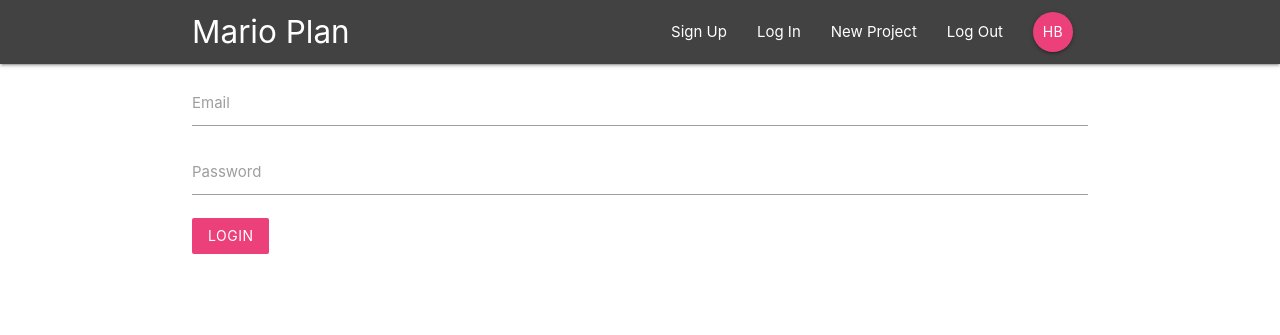
Repository: habiburrehman012/React-marioplan
Page: /singin
These files come from the project's save history. The page is drawn as it stood at one moment and after the next save; the edit follows.
The browser window is 1280 px wide. The pictures show the whole page.
The project was rebuilt for these pictures with package versions that can differ from the ones it lists, and the page was loaded fresh each time. Also part of the build but not shown: src/components/dashboard/Notifications.js, src/components/projects/ProjectList.js, src/components/dashboard/Dashboard.js, src/components/projects/ProjectDetail.js.

Above is the page before, as saved 2020-03-28 12:22:02.

### public/index.html
<!DOCTYPE html>
<html lang="en">
  <head>
    <meta charset="utf-8" />
    <link rel="icon" href="%PUBLIC_URL%/favicon.ico" />
    <meta name="viewport" content="width=device-width, initial-scale=1" />
    <meta name="theme-color" content="#000000" />
    <meta
      name="description"
      content="Web site created using create-react-app"
    />
    <link rel="apple-touch-icon" href="%PUBLIC_URL%/logo192.png" />
    <!--
      manifest.json provides metadata used when your web app is installed on a
      user's mobile device or desktop. See https://developers.google.com/web/fundamentals/web-app-manifest/
    -->
    <link rel="manifest" href="%PUBLIC_URL%/manifest.json" />
    <!--Import Google Icon Font-->
    <link href="https://fonts.googleapis.com/icon?family=Material+Icons" rel="stylesheet">
    <!--Import materialize.css-->
    <!-- Compiled and minified CSS -->
    <link rel="stylesheet" href="https://cdnjs.cloudflare.com/ajax/libs/materialize/1.0.0/css/materialize.min.css">
    <!--
      Notice the use of %PUBLIC_URL% in the tags above.
      It will be replaced with the URL of the `public` folder during the build.
      Only files inside the `public` folder can be referenced from the HTML.

      Unlike "/favicon.ico" or "favicon.ico", "%PUBLIC_URL%/favicon.ico" will
      work correctly both with client-side routing and a non-root public URL.
      Learn how to configure a non-root public URL by running `npm run build`.
    -->
    <title>React App</title>
  </head>
  <body>
    <noscript>You need to enable JavaScript to run this app.</noscript>
    <div id="root"></div>
    <!--
      This HTML file is a template.
      If you open it directly in the browser, you will see an empty page.

      You can add webfonts, meta tags, or analytics to this file.
      The build step will place the bundled scripts into the <body> tag.

      To begin the development, run `npm start` or `yarn start`.
      To create a production bundle, use `npm run build` or `yarn build`.
    -->
  </body>
</html>

### src/App.js
import React from 'react';
import Navbar from './components/layout/Navbar';
import {BrowserRouter as Router, Route, Switch} from 'react-router-dom';
import Dashboard from './components/dashboard/Dashboard';
import ProjectDetail from './components/projects/ProjectDetail';
import SignIn from './components/auth/SignIn';

function App() {
  return (
    <Router>
      <div className="App">
        <Navbar/>
        <Switch>
          <Route exact path='/' component={Dashboard}/>
          <Route path='/project/:id' component={ProjectDetail}/>
          <Route path='/singin' component={SignIn}/>
        </Switch>
      </div>
    </Router>
  );
}

export default App;

### src/components/layout/Navbar.js
import React from 'react';
import SignedInLinks from './SignedInLinks';
import SignedOutLinks from './SignedOutLinks';
import { Link } from 'react-router-dom';

const Navbar = () => {
    return(
        <nav className="nav-wrapper grey darken-3">
            <div className="container">
                <Link to='/' className="brand-logo">Mario Plan</Link>
                <SignedInLinks/>
                <SignedOutLinks/>
            </div>
        </nav>
    )
}

export default Navbar;

### src/components/auth/SignIn.js
import React, { Component } from 'react'

export default class SignIn extends Component {
    state={

    }

    submitHandler = () => {

    }

    changeHandler=()=>{

    }

    render() {
        return (
            <div className="container">
                <form onSubmit={this.submitHandler} className="white">
                    <h5 className="grey-text text-darken-3"></h5>
                    <div className="input-field">
                        <label htmlFor="email">Email</label>
                        <input type="email" id="email" onChange={this.changeHandler}/>
                    </div>

                    <div className="input-field">
                        <label htmlFor="password">Password</label>
                        <input type="password" id="password" onChange={this.changeHandler}/>
                    </div>

                    <div className="input-field">
                        <button className="btn pink lighten-1 z-depth-0">Login</button>
                    </div>
                </form>
            </div>
        )
    }
}

### src/components/layout/SignedInLinks.js
import React from 'react';
import { NavLink } from 'react-router-dom';

const SignedInLinks = () => {
    return(
        <ul className="right">
            <li><NavLink to="/">New Project</NavLink></li>
            <li><NavLink to="/">Log Out</NavLink></li>
            <li><NavLink to="/" className='btn btn-floating pink lighten-1'>HB</NavLink></li>
        </ul>
    )
}

export default SignedInLinks;

### src/components/layout/SignedOutLinks.js
import React from 'react';
import { NavLink } from 'react-router-dom';

const SignedOutLinks = () => {
    return(
        <ul className="right">
            <li><NavLink to="/">Sign Up</NavLink></li>
            <li><NavLink to="/">Log In</NavLink></li>
        </ul>
    )
}

export default SignedOutLinks;

Loaded but not shown: src/index.js (common file); src/serviceWorker.js (common file)

After the next save:
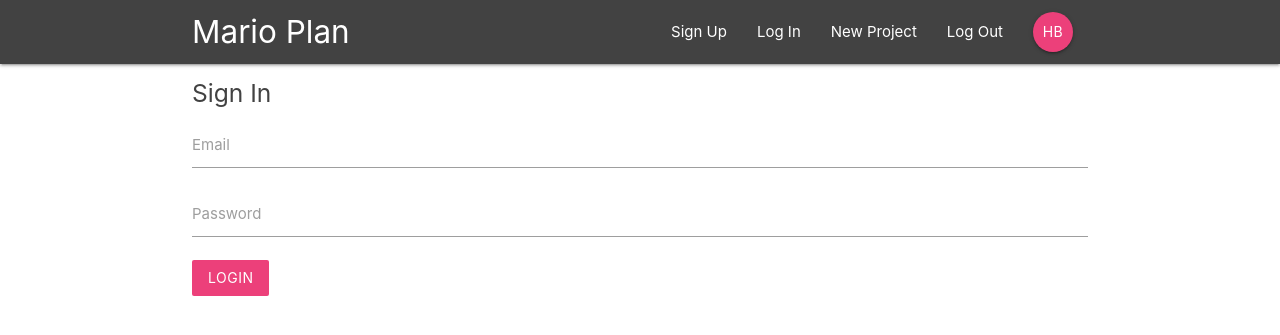
Saved 18 s later.
--- a/src/components/auth/SignIn.js
+++ b/src/components/auth/SignIn.js
@@ -17,7 +17,7 @@
         return (
             <div className="container">
                 <form onSubmit={this.submitHandler} className="white">
-                    <h5 className="grey-text text-darken-3"></h5>
+                    <h5 className="grey-text text-darken-3">Sign In</h5>
                     <div className="input-field">
                         <label htmlFor="email">Email</label>
                         <input type="email" id="email" onChange={this.changeHandler}/>
